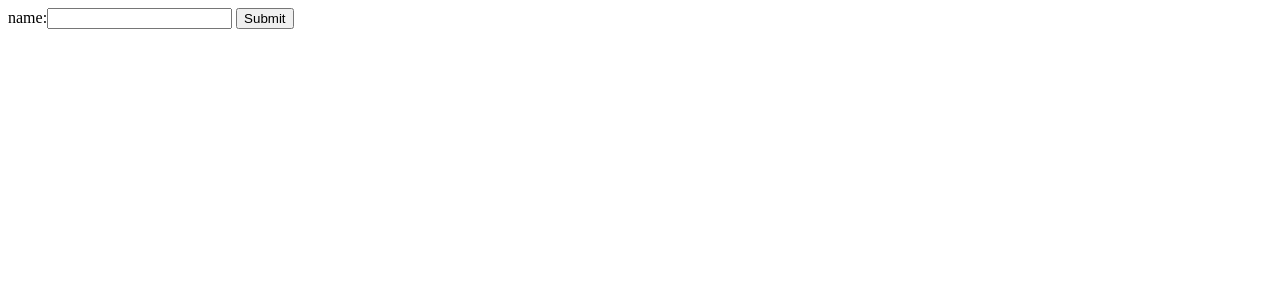
Repository: mehul523/java-
Page: jsp/jsptutorials/WebContent/index.html
The author's editor kept a copy of each file at every save. The page is drawn from the files as they stood at one save, then again after the next save.
The browser window is 1280 px wide. The pictures show the whole page.

Above is the page before, as saved 2020-05-11 14:27:36.

### jsp/jsptutorials/WebContent/index.html
<!DOCTYPE html>
<html>
<head>
<meta charset="ISO-8859-1">
<title>Insert title here</title>
</head>
<body>

<form action = "hello.jsp"  method=post>
name:<input type ="text"  name="name" >
<input type="submit">


</form>

</body>
</html>

After the next save:
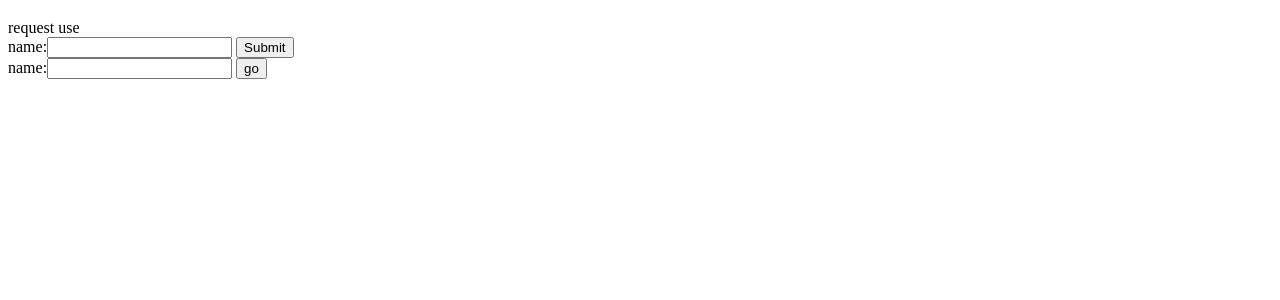
Saved 8 min 6 s later.
--- a/jsp/jsptutorials/WebContent/index.html
+++ b/jsp/jsptutorials/WebContent/index.html
@@ -5,7 +5,7 @@
 <title>Insert title here</title>
 </head>
 <body>
-
+<h3></h3> request use
 <form action = "hello.jsp"  method=post>
 name:<input type ="text"  name="name" >
 <input type="submit">
@@ -13,5 +13,13 @@
 
 </form>
 
+
+ <form action ="welcome.jsp">
+
+ name:<input type ="text"  name="na" >
+<input type="submit" value= "go">
+
+
+ </form>
 </body>
 </html>
